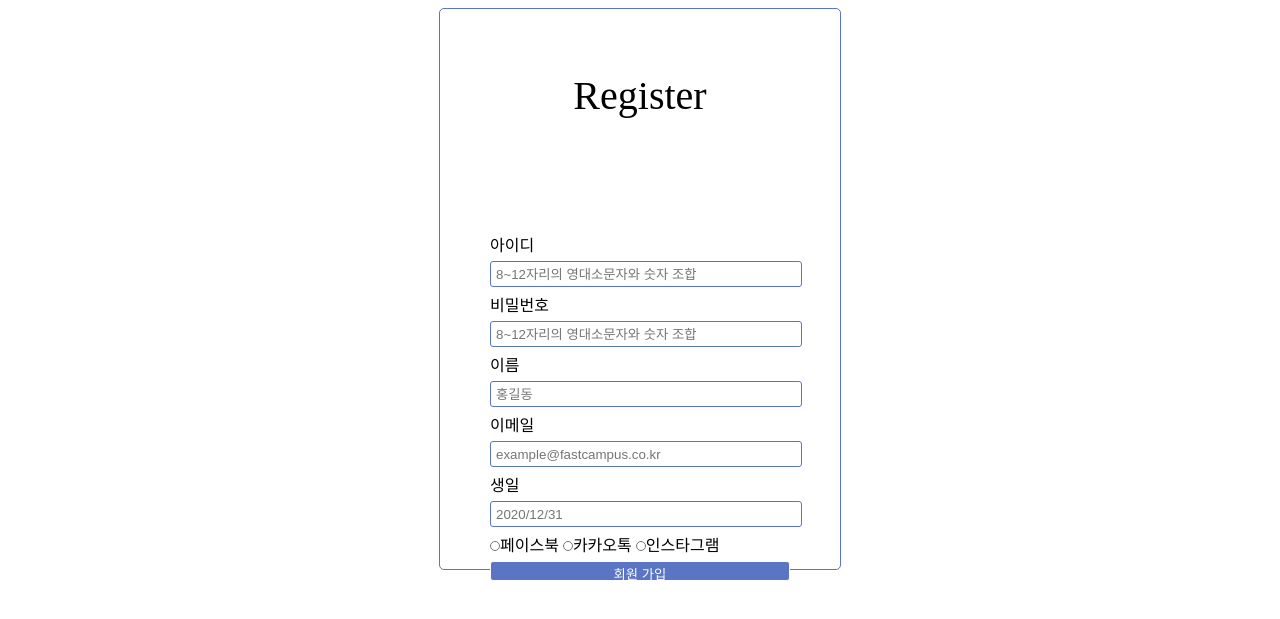
Repository: ksj2001/SpringBasic2024
Page: http://localhost/MVC_join/
These files come from the project's save history. The page is drawn as it stood at one moment and after the next save; the edit follows.
The browser window is 1280 px wide. The pictures show the whole page.
The page is served by Tomcat 9.

Above is the page before, as saved 2024-07-02 15:25:28.

After the next save:
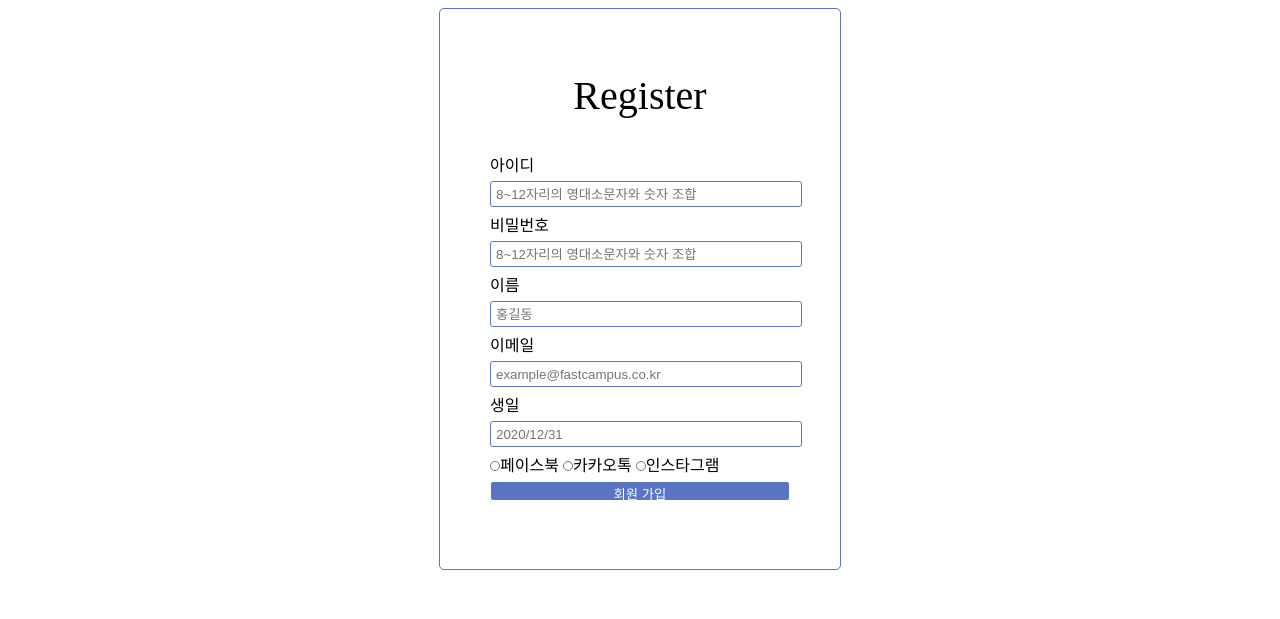
Saved 13 s later.
--- a/MVC_join/src/main/webapp/WEB-INF/views/index.jsp
+++ b/MVC_join/src/main/webapp/WEB-INF/views/index.jsp
@@ -22,7 +22,6 @@
 		font-size: 40px;
 		font-weight: 500;
 		text-align: center;
-		padding-bottom: 80px;
 	}
 	input{
 		width: 100%;
